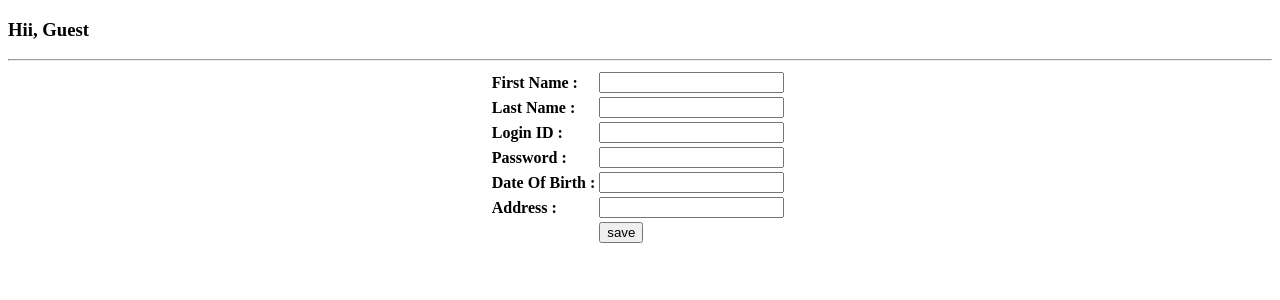
Repository: Kapildudhe123/SpringMVC
Page: http://localhost/spring-mvc-01/WEB-INF/pages/UserView.jsp
These files come from the project's save history. The page is drawn as it stood at one moment and after the next save; the edit follows.
The browser window is 1280 px wide. The pictures show the whole page.
The page is served by Tomcat 9. Nobody is signed in. Other server files are loaded and not shown. The template is opened directly, without the code that normally fills it, so the values that code supplies are empty.

Above is the page before, as saved 2024-04-04 15:26:07.

### SpringMVC/spring-mvc-01/src/main/webapp/WEB-INF/pages/UserView.jsp
<%@ page language="java" contentType="text/html; charset=ISO-8859-1"
	pageEncoding="ISO-8859-1"%>
<%@ page isELIgnored="false"%>
<%@taglib uri="http://java.sun.com/jsp/jstl/core" prefix="c"%>
<%@taglib uri="http://www.springframework.org/tags/form" prefix="sf"%>
<%@taglib uri="http://www.springframework.org/tags" prefix="s"%>
<!DOCTYPE html>
<html>
<head>
<meta charset="ISO-8859-1">
<title>Insert title here</title>
</head>
<body>
	<%@ include file="Header.jsp"%>
	<sf:form method="post" modelAttribute="form">
		<div align="center">

			<c:if test="${form.id>0}">
				<h1 style="color: navy">Update User</h1>
			</c:if>
			<c:if test="${form.id==0}">
				<h1 style="color: navy">Add User</h1>
			</c:if>
			<table>
				<tr>
					<th align="left">First Name :</th>
					<td><sf:input path="firstName" /></td>
					<td><sf:errors path="firstName"></sf:errors></td>
				</tr>
				<tr>
					<th align="left">Last Name :</th>
					<td><sf:input path="lastName" /></td>
					<td><sf:errors path="lastName"></sf:errors></td>
				</tr>
				<tr>
					<th align="left">Login ID :</th>
					<td><sf:input path="login" /></td>
					<td><sf:errors path="login"></sf:errors></td>
				</tr>
				<tr>
					<th align="left">Password :</th>
					<td><sf:input path="password" /></td>
					<td><sf:errors path="password"></sf:errors></td>
				</tr>
				<tr>
					<th align="left">Date Of Birth :</th>
					<td><sf:input path="dob" /></td>
					<td><sf:errors path="dob"></sf:errors></td>
				</tr>
				<tr>
					<th align="left">Address :</th>
					<td><sf:input path="address" /></td>
					<td><sf:errors path="address"></sf:errors></td>
				</tr>
				<tr>
					<th></th>
					<td><input type="submit" name="operation" value="save"></td>
				</tr>
			</table>
		</div>
	</sf:form>
	<%-- <%@ include file="Footer.jsp"%> --%>
</body>
</html>

### SpringMVC/spring-mvc-01/src/main/webapp/WEB-INF/pages/Header.jsp
<%@page import="com.rays.dto.UserDTO"%>
<%@ page language="java" contentType="text/html; charset=ISO-8859-1"
	pageEncoding="ISO-8859-1"%>
<%@ page isELIgnored="false"%>
<%@taglib uri="http://java.sun.com/jsp/jstl/core" prefix="c"%>
<%@taglib uri="http://www.springframework.org/tags/form" prefix="sf"%>
<%@taglib uri="http://www.springframework.org/tags" prefix="s"%>
<!DOCTYPE html>
<html>
<head>
<meta charset="ISO-8859-1">
<title>Insert title here</title>
</head>
<body>
	<c:if test="${not empty sessionScope.user}">
		<h3>
			Hii,
			<c:out value="${sessionScope.user.firstName}"></c:out>
			<a href="<c:url value="/ctl/User"/>">Add User</a>| <a
				href="<c:url value="/ctl/User/search"/>">User List</a> |<a
				href="<c:url value="/Login?operation=logout"/>">Logout</a>
		</h3>
	</c:if>
	<c:if test="${empty sessionScope.user}">
		<h3>Hii, Guest</h3>
	</c:if>
	<hr>
</body>
</html>

After the next save:
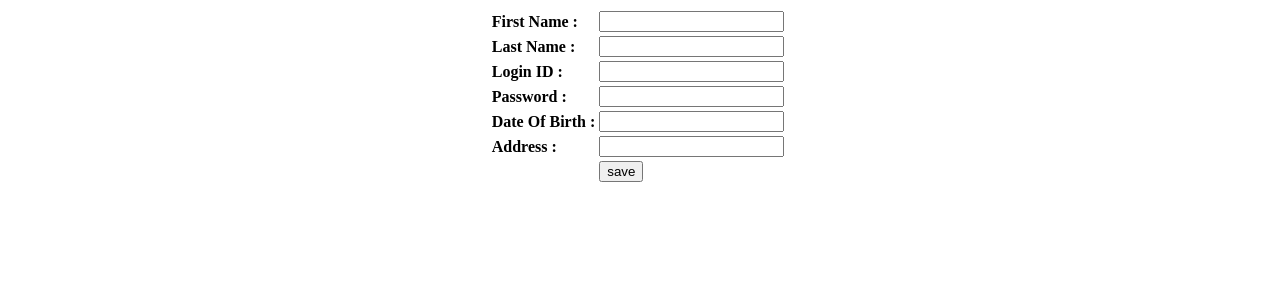
Saved 5 s later.
--- a/SpringMVC/spring-mvc-01/src/main/webapp/WEB-INF/pages/UserView.jsp
+++ b/SpringMVC/spring-mvc-01/src/main/webapp/WEB-INF/pages/UserView.jsp
@@ -11,7 +11,7 @@
 <title>Insert title here</title>
 </head>
 <body>
-	<%@ include file="Header.jsp"%>
+	<%-- <%@ include file="Header.jsp"%> --%>
 	<sf:form method="post" modelAttribute="form">
 		<div align="center">
 
